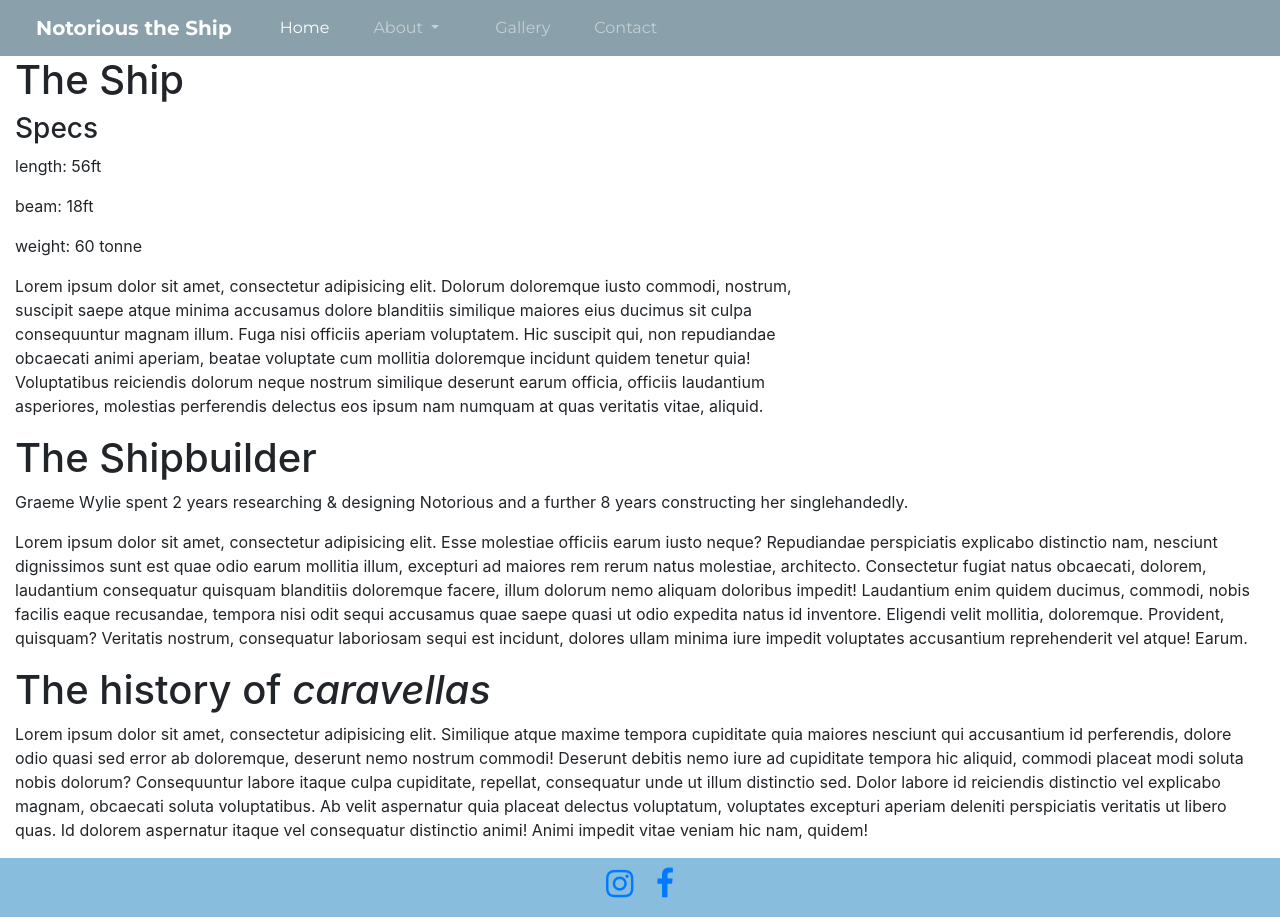
Repository: TSRose/NotorioustheShip
Page: about.html
The author's editor kept a record of every edit. The page is drawn from the files as they stood at one moment, then again after the next edit.
The browser window is 1280 px wide. The pictures show the whole page.

Above is the page before.

After the next edit:
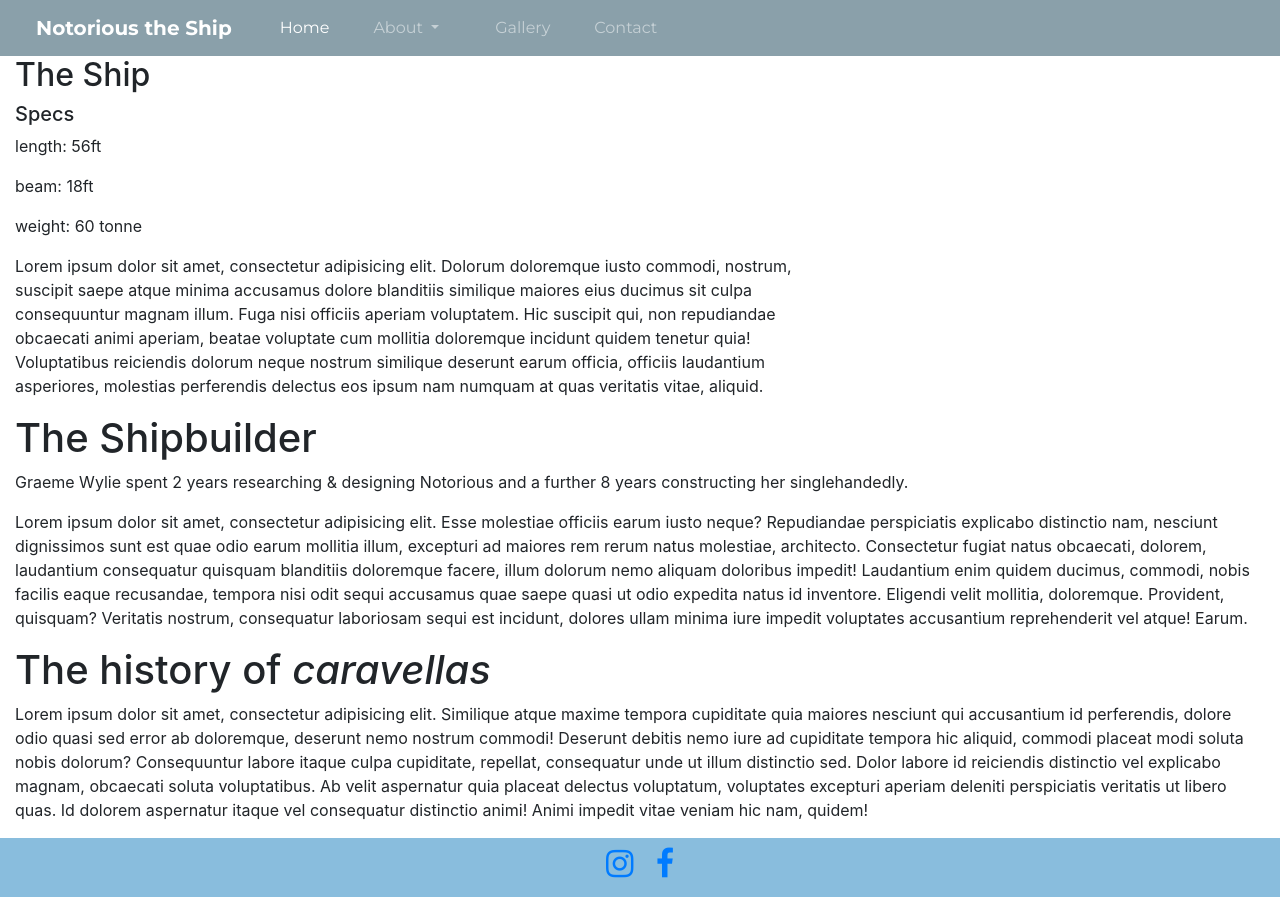
The edit:
--- a/about.html
+++ b/about.html
@@ -39,8 +39,8 @@
             <div class="row">
                 <div class="col-8">
                     <div class="theship">
-                        <h1>The Ship</h1>
-                        <h3>Specs</h3>
+                        <h2>The Ship</h2>
+                        <h5>Specs</h5>
                         <p>length: 56ft</p>
                         <p>beam: 18ft</p>
                         <p>weight: 60 tonne</p>
